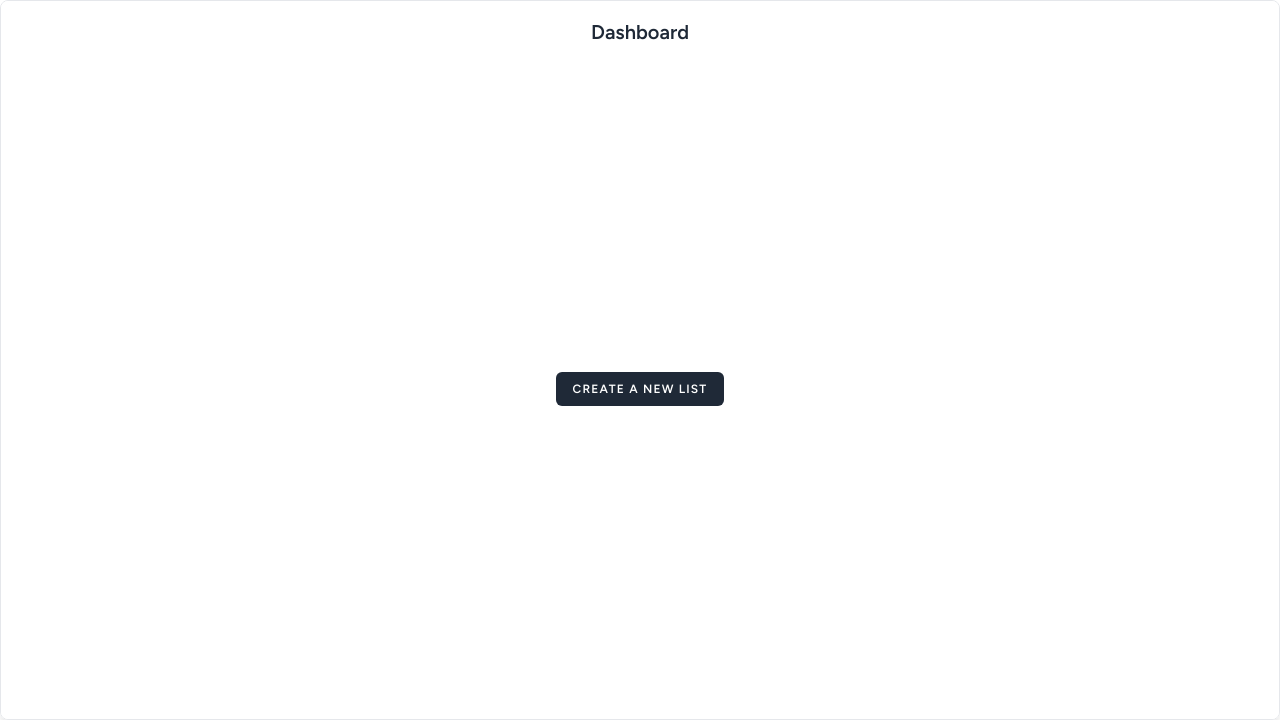
Repository: RudyAnconi/grocery
Page: resources/views/dashboard.blade.php
The author's editor kept a copy of each file at every save. The page is drawn from the files as they stood at one save, then again after the next save.
The browser window is 1280 px wide. The pictures show the whole page.
An inner scrolling area shows only its first screen. The page is served by the project's Laravel application, run on PHP 8.4 with Laravel 12. Other server files are loaded and not shown. Style sheets and scripts are compiled from the project's sources, by tool versions that may differ from the author's. The template is opened directly, without the code that normally fills it, so the values that code supplies are empty.

Above is the page before, as saved 2024-06-07 21:08:02.

### resources/views/dashboard.blade.php
<x-mobile-layout>
    <x-slot name="header">
        <h2 class="font-semibold text-xl text-gray-800 leading-tight text-center p-5">
            {{ __('Dashboard') }}
        </h2>
    </x-slot>
    <article id="section-list"
        class="bg-white overflow-hidden shadow-lg border border-gray-200 sm:rounded-lg
    overflow-y-scroll h-screen"
        style="scroll-snap-type: y mandatory">
        <section class="p-6 text-gray-900 h-screen pt-20 flex justify-center items-center"
            style="scroll-snap-align: start">
            <x-primary-button>{{ __('Create a new list') }}</x-primary-button>
        </section>
        <section class="p-6 text-gray-900 h-screen pt-20" style="scroll-snap-align: start">
            <div class="flex justify-between">
                <strong>{{ __('Store Name') }}</strong> <small>{{ __('06/07/2024 8h56 PM') }}</small>
            </div>
        </section>
        <section class="p-6 text-gray-900 h-screen pt-20" style="scroll-snap-align: start">
            {{ __("You're logged in!") }}
        </section>
        <section class="p-6 text-gray-900 h-screen pt-20" style="scroll-snap-align: start">
            {{ __("You're logged in!") }}
        </section>
    </article>
    </div>
</x-mobile-layout>

### app/View/Components/MobileLayout.php
<?php

namespace App\View\Components;

use Illuminate\View\Component;
use Illuminate\View\View;

class MobileLayout extends Component
{
    /**
     * Get the view / contents that represents the component.
     */
    public function render(): View
    {
        return view('layouts.mobile');
    }
}

### resources/views/layouts/mobile.blade.php
<!DOCTYPE html>
<html lang="{{ str_replace('_', '-', app()->getLocale()) }}">

<head>
    <meta charset="utf-8">
    <meta name="viewport" content="width=device-width, initial-scale=1">
    <meta name="csrf-token" content="{{ csrf_token() }}">

    <title>{{ config('app.name', 'Laravel') }}</title>

    <!-- Fonts -->
    <link rel="preconnect" href="https://fonts.bunny.net">
    <link href="https://fonts.bunny.net/css?family=figtree:400,500,600&display=swap" rel="stylesheet" />

    <!-- Scripts -->
    @vite(['resources/css/app.css', 'resources/js/app.js'])
</head>

<body class="font-sans antialiased">
    <livewire:layout.navigation />
    <!-- Page Heading -->
    @if (isset($header))
        <header class="bg-transparent fixed inset-0">
            {{ $header }}
        </header>
    @endif
    <!-- Page Content -->
    {{ $slot }}
</body>

</html>

Loaded but not shown: routes/web.php (common file); routes/auth.php (common file); app/Http/Controllers/Auth/VerifyEmailController.php (common file); app/Http/Controllers/Controller.php (common file); resources/views/components/primary-button.blade.php (common file); resources/css/app.css (common file); tailwind.config.js (common file)

After the next save:
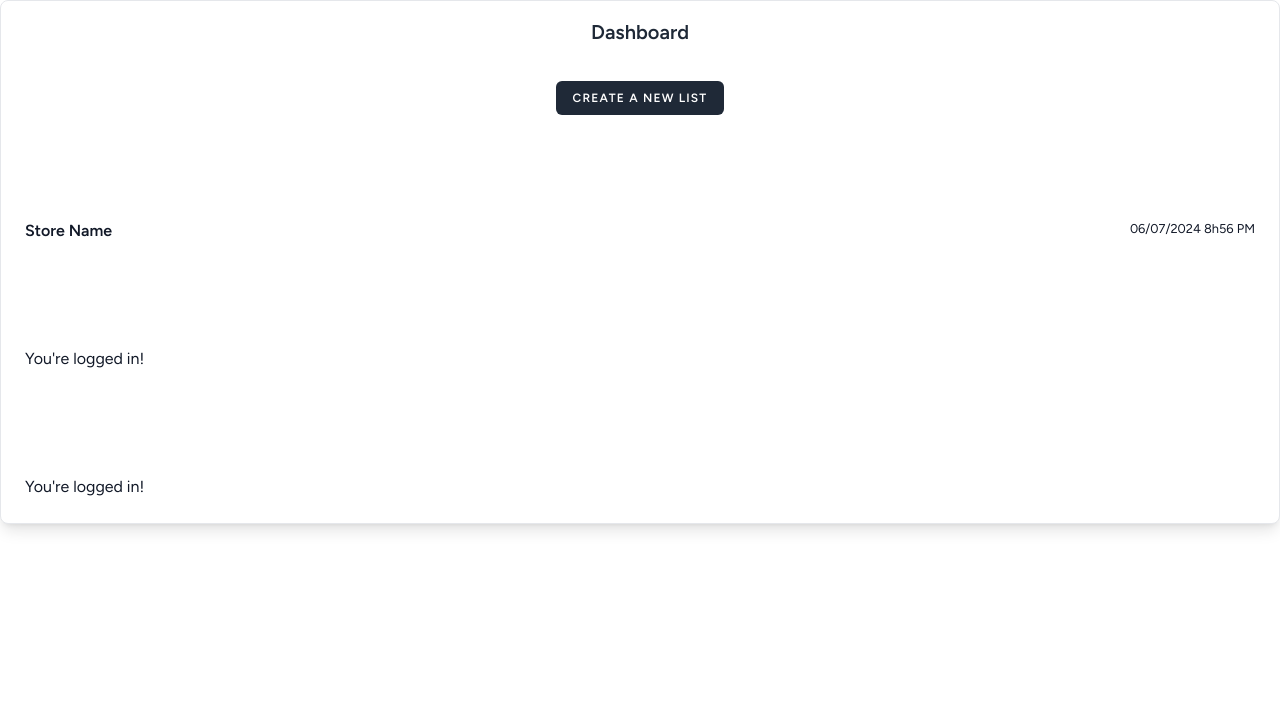
Saved 15 s later.
--- a/resources/views/dashboard.blade.php
+++ b/resources/views/dashboard.blade.php
@@ -6,21 +6,21 @@
     </x-slot>
     <article id="section-list"
         class="bg-white overflow-hidden shadow-lg border border-gray-200 sm:rounded-lg
-    overflow-y-scroll h-screen"
+    overflow-y-scroll h-dvh-100"
         style="scroll-snap-type: y mandatory">
-        <section class="p-6 text-gray-900 h-screen pt-20 flex justify-center items-center"
+        <section class="p-6 text-gray-900 h-dvh-100 pt-20 flex justify-center items-center"
             style="scroll-snap-align: start">
             <x-primary-button>{{ __('Create a new list') }}</x-primary-button>
         </section>
-        <section class="p-6 text-gray-900 h-screen pt-20" style="scroll-snap-align: start">
+        <section class="p-6 text-gray-900 h-dvh-100 pt-20" style="scroll-snap-align: start">
             <div class="flex justify-between">
                 <strong>{{ __('Store Name') }}</strong> <small>{{ __('06/07/2024 8h56 PM') }}</small>
             </div>
         </section>
-        <section class="p-6 text-gray-900 h-screen pt-20" style="scroll-snap-align: start">
+        <section class="p-6 text-gray-900 h-dvh-100 pt-20" style="scroll-snap-align: start">
             {{ __("You're logged in!") }}
         </section>
-        <section class="p-6 text-gray-900 h-screen pt-20" style="scroll-snap-align: start">
+        <section class="p-6 text-gray-900 h-dvh-100 pt-20" style="scroll-snap-align: start">
             {{ __("You're logged in!") }}
         </section>
     </article>

After the save that followed:
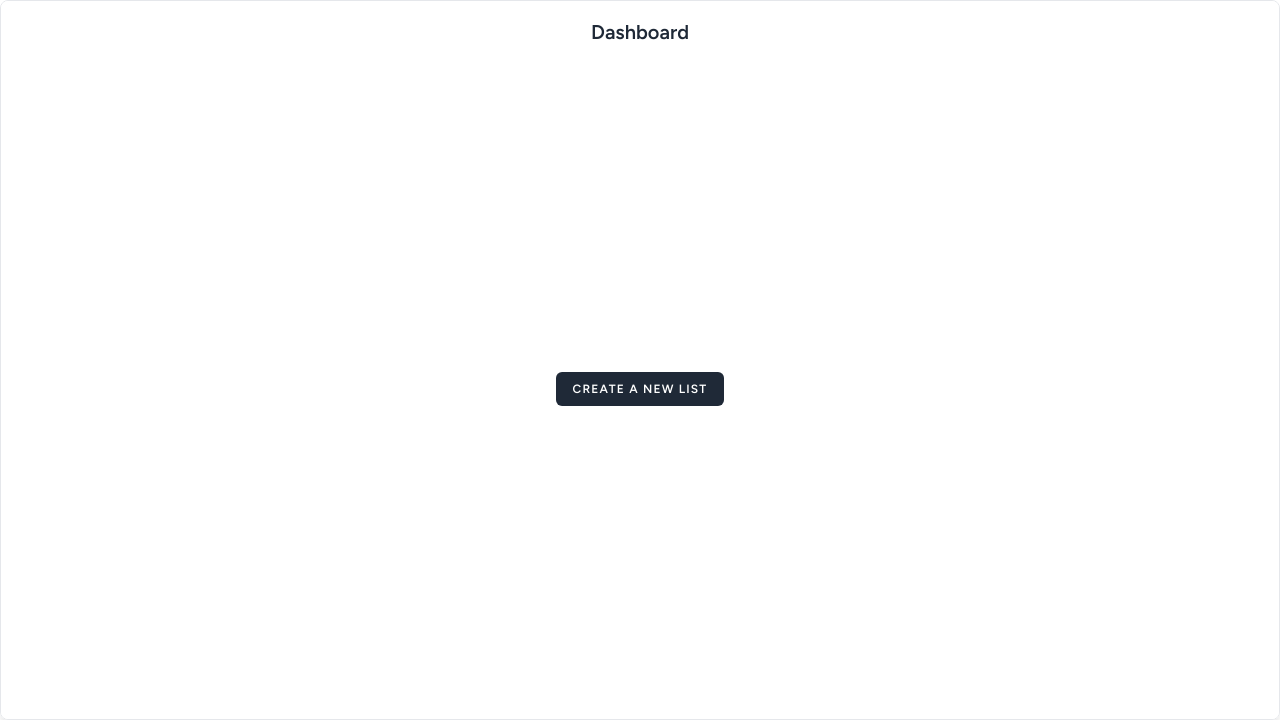
Saved 13 s later.
--- a/resources/views/dashboard.blade.php
+++ b/resources/views/dashboard.blade.php
@@ -6,21 +6,21 @@
     </x-slot>
     <article id="section-list"
         class="bg-white overflow-hidden shadow-lg border border-gray-200 sm:rounded-lg
-    overflow-y-scroll h-dvh-100"
+    overflow-y-scroll h-screen"
         style="scroll-snap-type: y mandatory">
-        <section class="p-6 text-gray-900 h-dvh-100 pt-20 flex justify-center items-center"
+        <section class="p-6 text-gray-900 h-screen pt-20 flex justify-center items-center"
             style="scroll-snap-align: start">
             <x-primary-button>{{ __('Create a new list') }}</x-primary-button>
         </section>
-        <section class="p-6 text-gray-900 h-dvh-100 pt-20" style="scroll-snap-align: start">
+        <section class="p-6 text-gray-900 h-screen pt-20" style="scroll-snap-align: start">
             <div class="flex justify-between">
                 <strong>{{ __('Store Name') }}</strong> <small>{{ __('06/07/2024 8h56 PM') }}</small>
             </div>
         </section>
-        <section class="p-6 text-gray-900 h-dvh-100 pt-20" style="scroll-snap-align: start">
+        <section class="p-6 text-gray-900 h-screen pt-20" style="scroll-snap-align: start">
             {{ __("You're logged in!") }}
         </section>
-        <section class="p-6 text-gray-900 h-dvh-100 pt-20" style="scroll-snap-align: start">
+        <section class="p-6 text-gray-900 h-screen pt-20" style="scroll-snap-align: start">
             {{ __("You're logged in!") }}
         </section>
     </article>
